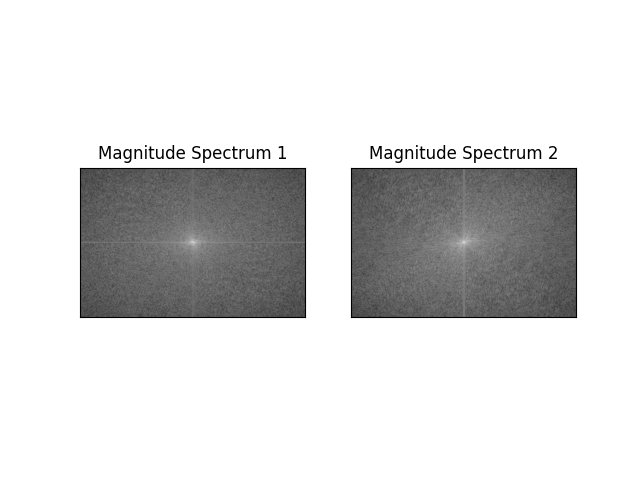
Repository: Yuer-yuan/CV
Script's output: python lab1-hybrid-image/gui/fft.py
These files come from the project's save history. The script's output is drawn as it stood at one moment and after the next save; the edit follows.
Random numbers start from a fixed seed. It also reads lab1-hybrid-image/gui/res/bunny1.png, lab1-hybrid-image/gui/res/squirrel1.png.

Above is the script's output before, as saved 2023-03-26 17:15:17.

### lab1-hybrid-image/gui/fft.py
import cv2
import numpy as np
from matplotlib import pyplot as plt

pairs = [
    ('res/squirrel1.png', 'res/bunny1.png'),
    ('res/cat.jpg', 'res/dog.jpg'),
    ('res/donkey1.png', 'res/zebra1.png'),
]
pair_idx = 0

ksize1, sigma1, ksize2, sigma2 = 39, 11, 21, 5
d1, d2 = 10, 10


def spatial_hybrid_image(img1, img2, ksize1, sigma1, ksize2, sigma2):
    # convert to float32
    img1_low = cv2.GaussianBlur(img1, (ksize1, ksize1), sigma1)
    img2_low = cv2.GaussianBlur(img2, (ksize2, ksize2), sigma2)
    img2_high = cv2.subtract(img2, img2_low)

    cv2.imshow('img1_low', img1_low)
    cv2.imshow('img2_high', img2_high)


def spectral_hybrid_image(image1, image2, d1, d2):
    # convert to float32
    image1 = np.float32(image1)
    image2 = np.float32(image2)

    # compute the FFT of the images
    f1 = np.fft.fft2(image1)
    f2 = np.fft.fft2(image2)

    # shift the quadrants of the Fourier image so that the origin is at the
    # image center
    f1shift = np.fft.fftshift(f1)
    f2shift = np.fft.fftshift(f2)

    # compute the magnitude and phase of the image
    magnitude1 = 20 * np.log(np.abs(f1shift))
    magnitude2 = 20 * np.log(np.abs(f2shift))

    plt.subplot(121), plt.imshow(magnitude1, cmap='gray')
    plt.title('Magnitude Spectrum 1'), plt.xticks([]), plt.yticks([])
    plt.subplot(122), plt.imshow(magnitude2, cmap='gray')
    plt.title('Magnitude Spectrum 2'), plt.xticks([]), plt.yticks([])
    plt.show()



if __name__ == '__main__':
    img1 = cv2.imread(pairs[pair_idx][0], 0)    # read as grayscale
    img2 = cv2.imread(pairs[pair_idx][1], 0)

    # spatial_hybrid_image(img1, img2, ksize1, sigma1, ksize2, sigma2)
    spectral_hybrid_image(img1, img2, d1, d2)
    cv2.waitKey(0)

After the next save:
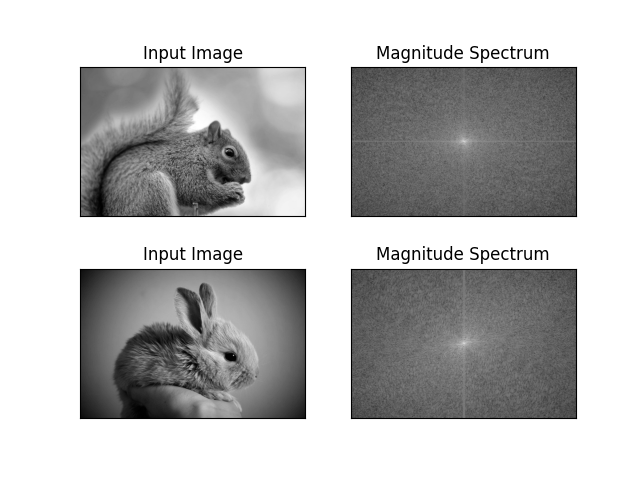
Saved 38 s later.
--- a/lab1-hybrid-image/gui/fft.py
+++ b/lab1-hybrid-image/gui/fft.py
@@ -41,11 +41,14 @@ def spectral_hybrid_image(image1, image2, d1, d2):
     magnitude1 = 20 * np.log(np.abs(f1shift))
     magnitude2 = 20 * np.log(np.abs(f2shift))
 
-    plt.subplot(121), plt.imshow(magnitude1, cmap='gray')
-    plt.title('Magnitude Spectrum 1'), plt.xticks([]), plt.yticks([])
-    plt.subplot(122), plt.imshow(magnitude2, cmap='gray')
-    plt.title('Magnitude Spectrum 2'), plt.xticks([]), plt.yticks([])
-    plt.show()
+    plt.subplot(221), plt.imshow(image1, cmap='gray')
+    plt.title('Input Image'), plt.xticks([]), plt.yticks([])
+    plt.subplot(222), plt.imshow(magnitude1, cmap='gray')
+    plt.title('Magnitude Spectrum'), plt.xticks([]), plt.yticks([])
+    plt.subplot(223), plt.imshow(image2, cmap='gray')
+    plt.title('Input Image'), plt.xticks([]), plt.yticks([])
+    plt.subplot(224), plt.imshow(magnitude2, cmap='gray')
+    plt.title('Magnitude Spectrum'), plt.xticks([]), plt.yticks([])
 
 
 
